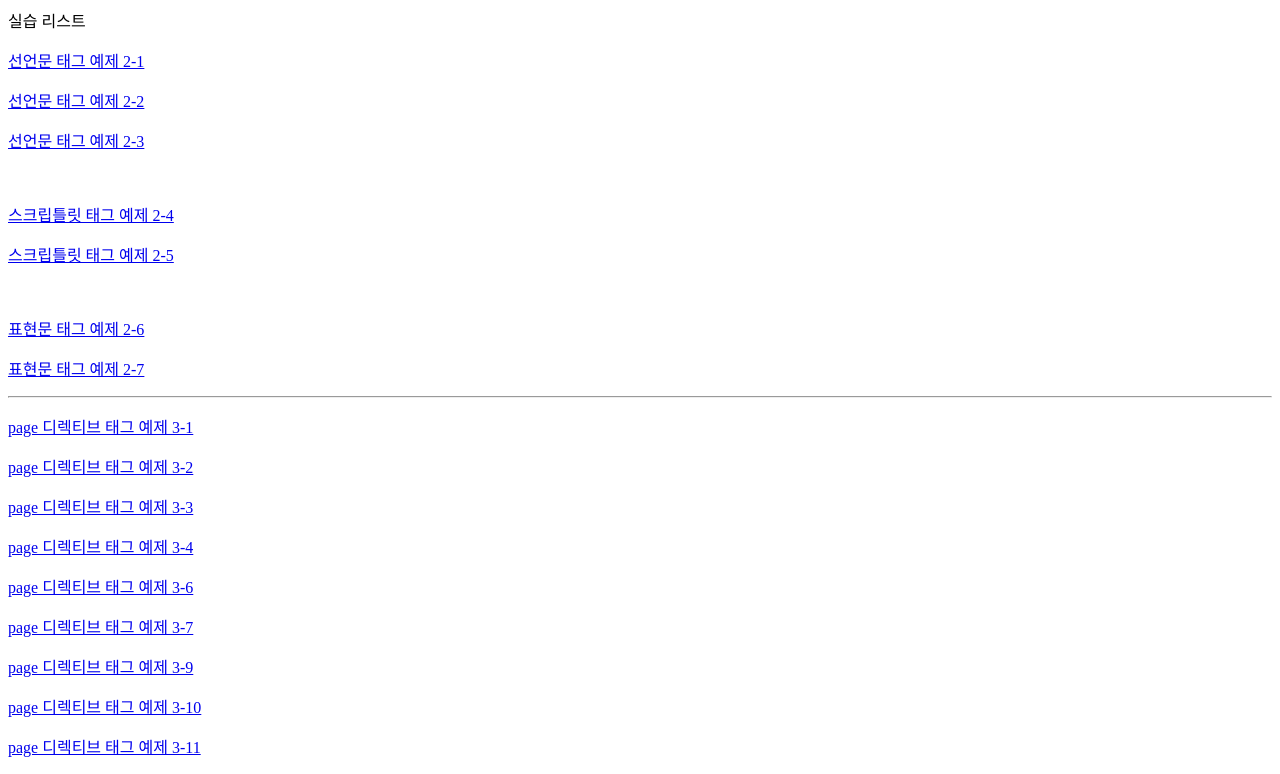
Repository: man332414/myJspStudy
Page: http://localhost/jspbook/
These files come from the project's save history. The page is drawn as it stood at one moment and after the next save; the edit follows.
The browser window is 1280 px wide. The pictures show the whole page.
The page is served by Tomcat 10. Nobody is signed in. The application's start-up code is not run. Other server files are loaded and not shown.

Above is the page before, as saved 2024-10-08 08:01:58.

### jspbook/src/main/webapp/index.jsp
<%@ page language="java" contentType="text/html; charset=UTF-8"
    pageEncoding="UTF-8"%>
<!DOCTYPE html>
<html>
<head>
<meta charset="UTF-8">
<title>어서와 집이야</title>
</head>
<body>
	실습 리스트
	<p><a href = "2_1"> 선언문 태그 예제 2-1</a></p>
	<p><a href = "2_2"> 선언문 태그 예제 2-2</a></p>
	<p><a href = "2_3"> 선언문 태그 예제 2-3</a></p>
	<br>
	<p><a href = "2_4"> 스크립틀릿 태그 예제 2-4</a></p>
	<p><a href = "2_5"> 스크립틀릿 태그 예제 2-5</a></p>
	<br>
	<p><a href = "2_6"> 표현문 태그 예제 2-6</a></p>
	<p><a href = "2_7"> 표현문 태그 예제 2-7</a></p>
	<hr>
	<p><a href = "3_1"> page 디렉티브 태그 예제 3-1</a></p>
	<p><a href = "3_2"> page 디렉티브 태그 예제 3-2</a></p>
	<p><a href = "3_3"> page 디렉티브 태그 예제 3-3</a></p>
	<p><a href = "3_4"> page 디렉티브 태그 예제 3-4</a></p>
	<p><a href = "3_6"> page 디렉티브 태그 예제 3-6</a></p>
	<p><a href = "3_7"> page 디렉티브 태그 예제 3-7</a></p>
	<p><a href = "3_9"> page 디렉티브 태그 예제 3-9</a></p>
	<p><a href = "3_10"> page 디렉티브 태그 예제 3-10</a></p>
	<p><a href = "3_11"> page 디렉티브 태그 예제 3-11</a></p>

</body>
</html>

After the next save:
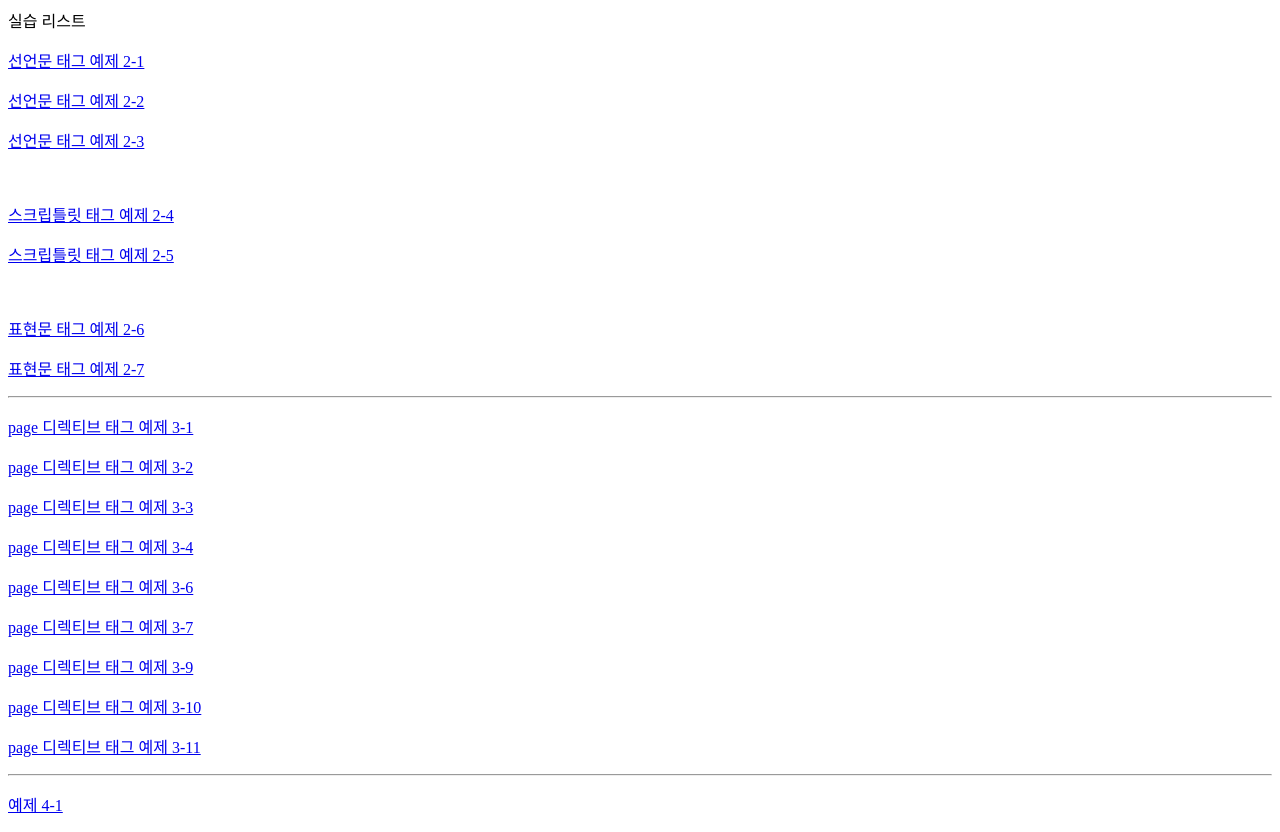
Saved 40 h 41 min later.
--- a/jspbook/src/main/webapp/index.jsp
+++ b/jspbook/src/main/webapp/index.jsp
@@ -27,6 +27,9 @@
 	<p><a href = "3_9"> page 디렉티브 태그 예제 3-9</a></p>
 	<p><a href = "3_10"> page 디렉티브 태그 예제 3-10</a></p>
 	<p><a href = "3_11"> page 디렉티브 태그 예제 3-11</a></p>
+	<hr>
+	<p><a href = "4_1">예제 4-1</a></p>
+
 
 </body>
 </html>
